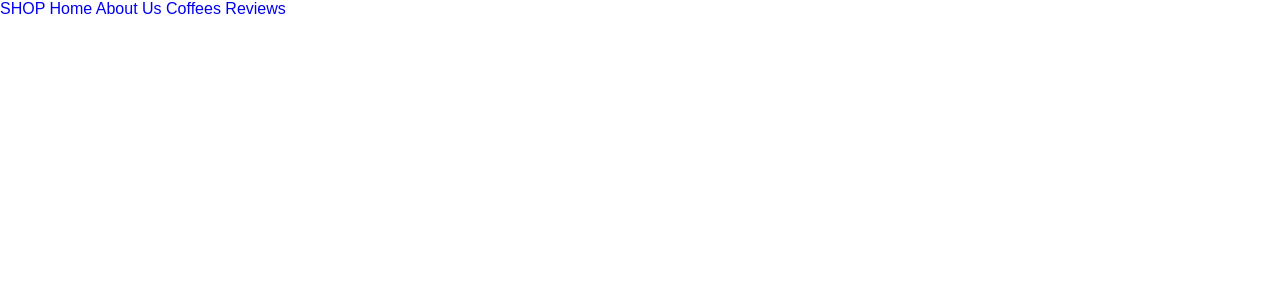
Repository: ntandomagana/Coffee-Shop
Page: index.html
An editor plug-in stored every save of this project. The page is shown before and after the next save, followed by the edit.
The browser window is 1280 px wide. The pictures show the whole page.

Above is the page before, as saved 2024-04-10 13:21:54.

### index.html
<!DOCTYPE html>
<html lang="en">
  <head>
    <meta charset="UTF-8" />
    <meta name="viewport" content="width=device-width, initial-scale=1.0" />
    <link rel="stylesheet" href="style.css" />
    <link
      href="https://unpkg.com/boxicons@2.1.4/css/boxicons.min.css"
      rel="stylesheet"/>

    <title>Coffee Shop</title>
  </head>
  <body>
    <header class="header">
        <a href="#home" class="logo"><span>SHOP</span></a>


        <navbar class="navbar">
          <a href="#home" class="active">Home</a>
          <a href="#about" >About Us</a>
          <a href="#coffees" >Coffees</a>
          <a href="#reviews" >Reviews</a>
        </navbar>
    </header>
    <script src="script.js"></script>
  </body>
</html>

### style.css
* {
    margin: 0;
    padding: 0;
    box-sizing: border-box;
    text-decoration: none;
    border: none;
    outline: none;
    scroll-behavior: smooth;
    font-family: "Poppins", sans-serif;
}

:root {

}

Loaded but not shown: script.js (no stored copy; drawn as an empty file)

After the next save:
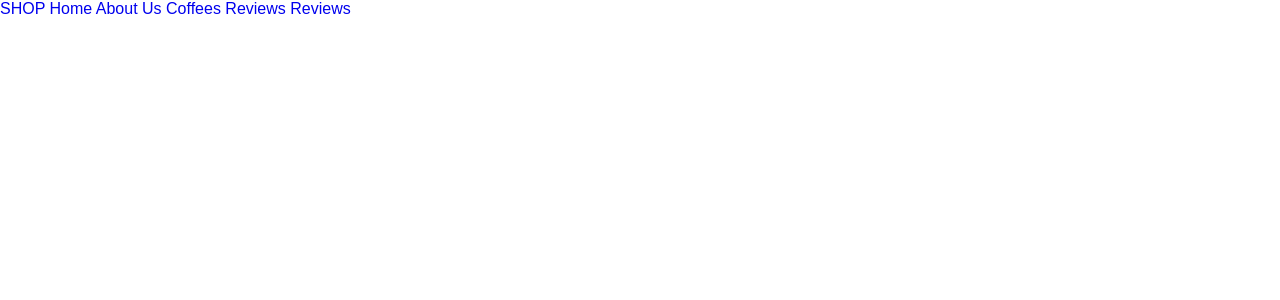
Saved 32 s later.
--- a/index.html
+++ b/index.html
@@ -20,6 +20,7 @@
           <a href="#about" >About Us</a>
           <a href="#coffees" >Coffees</a>
           <a href="#reviews" >Reviews</a>
+          <a href="#reviews" >Reviews</a>
         </navbar>
     </header>
     <script src="script.js"></script>
